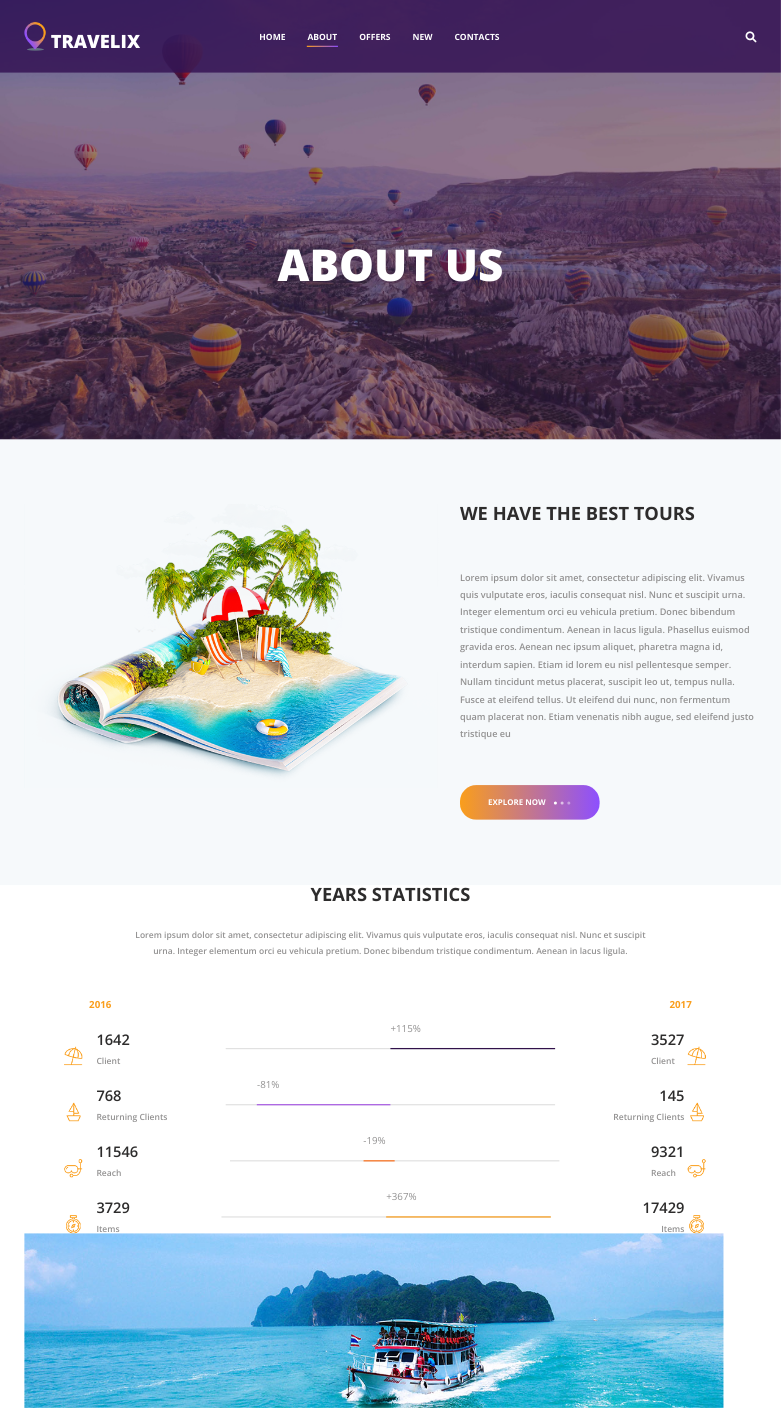
Repository: phamhuuloc/Travelix_Template
Page: about.html
These files come from the project's save history. The page is drawn as it stood at one moment and after the next save; the edit follows.
The browser window is 1280 px wide. The pictures show the whole page, at 61% of full size.
Backgrounds fixed to the window are drawn as part of the page. Some web fonts or font styles are not loaded; a fallback is used.

Above is the page before, as saved 2021-10-13 10:12:33.

After the next save:
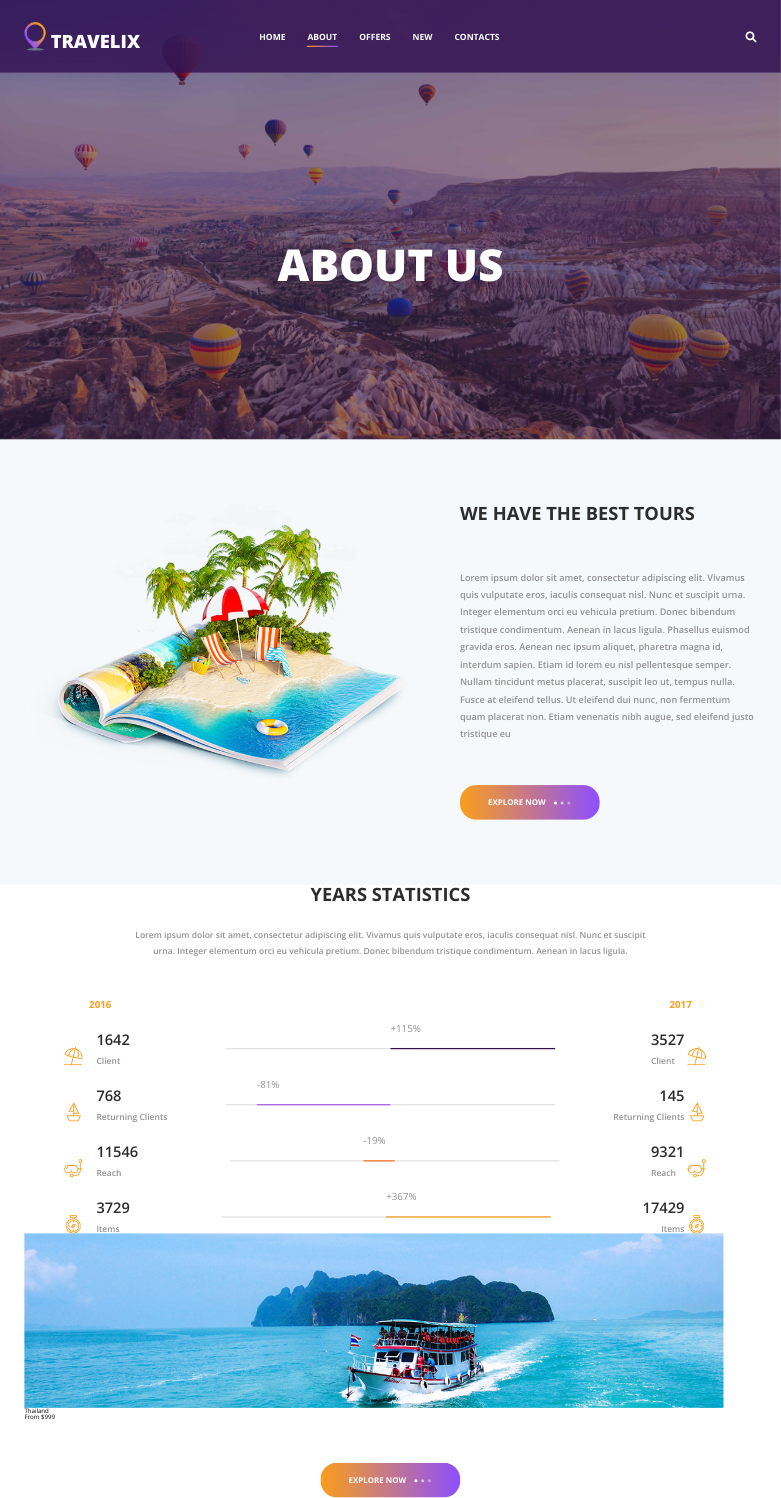
Saved 2 min 14 s later.
--- a/about.html
+++ b/about.html
@@ -302,6 +302,21 @@
           <div class="popular__background">
             <img src="./assets/img/add.jpg" alt="" class="" />
           </div>
+          <div class="popular__content">
+            <h2 class="popular__title">Thailand</h2>
+            <span class="popular__price">From $999</span>
+            <div class="popular__btn">
+              <div class="btn">
+                <div class="btn-bg"></div>
+                <a href="#" class="btn-link">
+                  explore now
+                  <span></span>
+                  <span></span>
+                  <span></span>
+                </a>
+              </div>
+            </div>
+          </div>
         </div>
       </div>
     </section>
